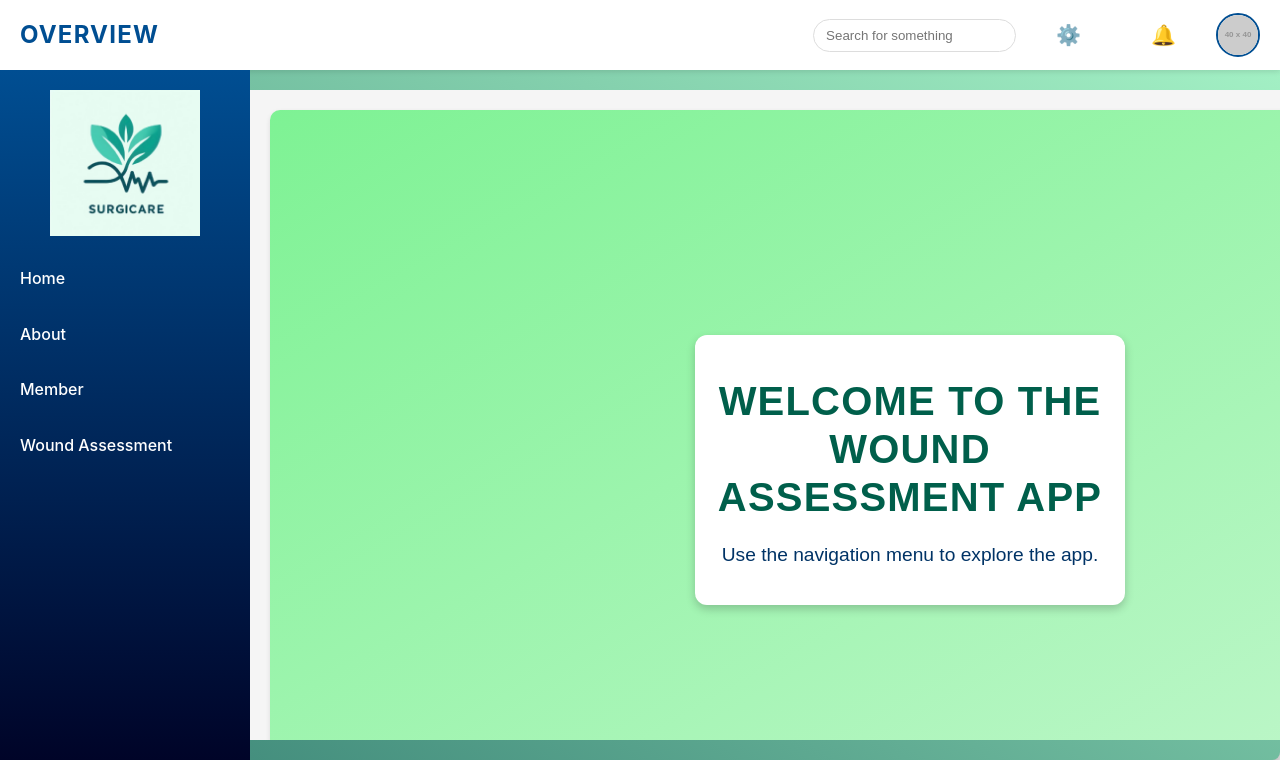
Repository: Jinwoo290350/Surgicare-Vue
Page: / (app in surgicare/)
These files come from the project's save history. The page is drawn as it stood at one moment and after the next save; the edit follows.
The browser window is 1280 px wide. The pictures show the whole page.
The project was rebuilt for these pictures with package versions that can differ from the ones it lists, and the page was loaded fresh each time. Also part of the build but not shown: surgicare/vite.config.js, surgicare/src/views/About.vue, surgicare/src/views/Member.vue, surgicare/src/components/WoundAssessment.vue.

Above is the page before, as saved 2024-12-30 20:44:11.
Console error: TypeError: Cannot read properties of null (reading 'getContext')

### surgicare/index.html
<!doctype html>
<html lang="en">
  <head>
    <meta charset="UTF-8" />
    <link rel="icon" type="image/svg+xml" href="/vite.svg" />
    <meta name="viewport" content="width=device-width, initial-scale=1.0" />
    <title>Vite + Vue</title>
  </head>
  <body>
    <div id="app"></div>
    <script type="module" src="/src/main.js"></script>
  </script>
  <link href="https://fonts.googleapis.com/css2?family=Roboto:wght@400;500;700&display=swap" rel="stylesheet">

  <script type="text/javascript" src="./src/star.js"></script>
  </body>
</html>

### surgicare/src/main.js
import { createApp } from 'vue'
import './style.css'
import App from './App.vue'
import router from "./router";

createApp(App).use(router).mount("#app");

### surgicare/src/style.css
:root {
  font-family: Inter, system-ui, Avenir, Helvetica, Arial, sans-serif;
  line-height: 1.6;
  font-weight: 400;
  color-scheme: light dark;
  color: rgba(255, 255, 255, 0.87);
  background-color: #242424;
  font-synthesis: none;
  text-rendering: optimizeLegibility;
  -webkit-font-smoothing: antialiased;
  -moz-osx-font-smoothing: grayscale;
}

a {
  font-weight: 500;
  text-decoration: none;
  transition: color 0.3s ease-in-out;
}
a:hover {
  color: #4ca6a8; /* ใช้โทนสีเขียวฟ้าแทน */
}

body {
  margin: 0;
  display: flex;
  flex-direction: column;
  align-items: center;
  justify-content: center;
  min-width: 320px;
  min-height: 100vh;
  padding: 20px;
  background-color: #1e3c34;
  background-image: linear-gradient(to top right, #3a8476, #a8f5c8);
  background-repeat: no-repeat;
  border-radius: 8px;
  box-shadow: 0 8px 16px rgba(0, 0, 0, 0.4);
}

h1 {
  font-size: 3em;
  line-height: 1.2;
  color: #fff;
  text-transform: uppercase;
  letter-spacing: 1.2px;
  margin-bottom: 1em;
  transition: transform 0.3s ease-in-out;
}
h1:hover {
  transform: scale(1.1); /* เพิ่มเอฟเฟกต์ Hover */
}

button {
  border-radius: 10px;
  border: 2px solid transparent;
  padding: 0.8em 1.5em;
  font-size: 1em;
  font-weight: 600;
  background-color: #2a3f3b;
  color: #fff;
  cursor: pointer;
  transition: all 0.3s ease-in-out;
}
button:hover {
  border-color: #50c4b7;
  background-color: #344d47;
  transform: translateY(-3px);
}
button:focus,
button:focus-visible {
  outline: 4px solid #50c4b7;
}

.card {
  padding: 2.5em;
  background-color: #2e3d3a;
  border-radius: 12px;
  box-shadow: 0 6px 15px rgba(0, 0, 0, 0.5);
  transition: transform 0.3s ease-in-out, box-shadow 0.3s ease-in-out;
}
.card:hover {
  transform: translateY(-10px);
  box-shadow: 0 12px 20px rgba(0, 0, 0, 0.6);
}

#app {
  height: 100vh;
  width: 100vw;
  margin: 0;
  padding: 0;
  overflow: hidden;
}

/* Media Queries for Responsiveness */
@media (max-width: 768px) {
  body {
    padding: 15px;
  }

  h1 {
    font-size: 2.5em;
  }

  button {
    padding: 0.7em 1.2em;
    font-size: 0.95em;
  }

  .card {
    padding: 2em;
  }

  #app {
    padding: 1.5rem;
  }
}

@media (max-width: 480px) {
  h1 {
    font-size: 2em;
  }

  button {
    padding: 0.5em 1em;
    font-size: 0.9em;
  }

  .card {
    padding: 1.5em;
  }
}

/* Light Mode Styles */
@media (prefers-color-scheme: light) {
  :root {
    color: #1f2d2a;
    background-color: #ffffff;
  }
  a:hover {
    color: #57bdb3; /* โทนเขียวฟ้าสว่าง */
  }
  button {
    background-color: #f5f5f5;
    color: #1f2d2a;
    border-color: #50c4b7;
  }
  .card {
    background-color: #f9f9f9;
    box-shadow: 0 4px 8px rgba(0, 0, 0, 0.1);
  }
}

### surgicare/src/App.vue
<template>
  <div id="app" class="app-container">
    <header class="header">
      <h1>Overview</h1>
      <div class="header-tools">
        <input type="text" placeholder="Search for something" class="search-box" />
        <button class="settings-btn">⚙️</button>
        <button class="notifications-btn">🔔</button>
        <img src="https://via.placeholder.com/40" alt="Profile" class="profile-pic" />
      </div>
    </header>

    <div class="content-wrapper">
      <aside class="sidebar">
        <img src="/Users/frank/Vscode/Vue/surgicare/public/Icon_surgicare.png" alt="Logo" class="logo" />
        <nav class="menu">
          <router-link to="/" class="menu-item">Home</router-link>
          <router-link to="/about" class="menu-item">About</router-link>
          <router-link to="/member" class="menu-item">Member</router-link>
          <router-link to="/wound-assessment" class="menu-item">Wound Assessment</router-link>
        </nav>
      </aside>

      <main class="main-content">
        <router-view class="router-view" />
      </main>
    </div>
  </div>
</template>

<script>
export default {
  name: "DashboardPage",
};
</script>

<style scoped>
/* General Styles */
body {
  margin: 0;
  font-family: 'Poppins', Arial, sans-serif;
  height: 100vh;
  overflow: hidden;
}

.app-container {
  display: flex;
  flex-direction: column;
  height: 100vh;
}

/* Header Styling */
.header {
  position: fixed;
  top: 0;
  left: 0;
  right: 0;
  height: 70px;
  background: white;
  display: flex;
  justify-content: space-between;
  align-items: center;
  padding: 0 20px;
  box-shadow: 0 2px 5px rgba(0, 0, 0, 0.1);
  z-index: 1000;
}

.header h1 {
  font-size: 24px;
  color: #004e92;
  margin: 0;
}

.header-tools {
  display: flex;
  align-items: center;
}

.search-box {
  padding: 8px 12px;
  border: 1px solid #ddd;
  border-radius: 25px;
  margin-right: 10px;
  outline: none;
  transition: box-shadow 0.3s;
}

.search-box:focus {
  box-shadow: 0 0 10px rgba(0, 78, 146, 0.5);
}

.settings-btn,
.notifications-btn {
  background: none;
  border: none;
  font-size: 20px;
  color: #555;
  margin-right: 10px;
  cursor: pointer;
}

.profile-pic {
  width: 40px;
  height: 40px;
  border-radius: 50%;
  border: 2px solid #004e92;
}

/* Content Wrapper */
.content-wrapper {
  display: flex;
  flex: 1;
  margin-top: 70px; /* Offset for the header */
}

/* Sidebar Styling */
.sidebar {
  width: 250px;
  background: linear-gradient(to bottom, #004e92, #000428);
  color: white;
  padding: 20px 0;
  display: flex;
  flex-direction: column;
  align-items: center;
  height: calc(100vh - 70px);
  position: fixed;
  left: 0;
  top: 70px; /* Below the header */
  z-index: 1000;
}

.logo {
  width: 100%;
  max-width: 150px;
  margin-bottom: 20px;
}

.menu {
  width: 100%;
}

.menu-item {
  display: block;
  text-decoration: none;
  color: white;
  font-size: 16px;
  padding: 10px 20px;
  margin-bottom: 10px;
  border-radius: 8px;
  transition: background 0.3s, transform 0.3s;
}

.menu-item:hover {
  background: rgba(255, 255, 255, 0.2);
  transform: scale(1.05);
}

/* Main Content */
.main-content {
  flex: 1;
  margin-left: 250px; /* Offset for the sidebar */
  padding: 20px;
  background: #f5f5f5;
  overflow-y: auto;
}

.router-view {
  border-radius: 10px;
  box-shadow: 0 2px 5px rgba(0, 0, 0, 0.1);
}
</style>

### surgicare/src/router/index.js
import { createRouter, createWebHistory } from "vue-router";

// Importing views and components
import Home from "../views/Home.vue";
import About from "../views/About.vue";
import Member from "../views/Member.vue";
import WoundAssessment from "../components/WoundAssessment.vue";

// Define the route configurations
const routes = [
  {
    path: "/",
    name: "Home",
    component: Home,
    meta: {
      title: "Home -  Surgicare",
    },
  },
  {
    path: "/about",
    name: "About",
    component: About,
    meta: {
      title: "About - Surgicare",
    },
  },
  {
    path: "/member",
    name: "Member",
    component: Member,
    meta: {
      title: "Member - Surgicare",
    },
  },
  {
    path: "/wound-assessment",
    name: "WoundAssessment",
    component: WoundAssessment,
    meta: {
      title: "Wound Assessment - Surgicare",
    },
  },
];

// Create the router instance
const router = createRouter({
  history: createWebHistory(),
  routes,
  scrollBehavior(to, from, savedPosition) {
    // Scroll to top on route change, unless saved position exists
    if (savedPosition) {
      return savedPosition;
    } else {
      return { top: 0 };
    }
  },
});

// Global navigation guard for dynamic document titles
router.beforeEach((to, from, next) => {
  document.title = to.meta.title || "Default App Title";
  next();
});

export default router;

### surgicare/src/views/Home.vue
<template>
  <div class="home">
    <div class="content">
      <h1 class="title">Welcome to the Wound Assessment App</h1>
      <p class="description">Use the navigation menu to explore the app.</p>
    </div>
  </div>
</template>

<script>
export default {
  name: "Home",
};
</script>

<style scoped>
.home {
  display: flex;
  justify-content: center;
  align-items: center;
  height: 100vh; /* ใช้เต็มความสูงของ viewport */
  width: 100vw; /* ใช้เต็มความกว้างของ viewport */
  margin: 0;
  padding: 0;
  background: linear-gradient(to bottom right, #7ef294, #c6f7d0); /* Gradient สวยๆ */
  font-family: 'Arial', sans-serif;
  text-align: center;
  box-sizing: border-box;
  overflow: hidden; /* ซ่อน scrollbar */
}

.content {
  max-width: 400px; /* ลดขนาดความกว้างสูงสุดของกล่องข้อความ */
  padding: 15px; /* ลดระยะ padding รอบเนื้อหา */
  background: #ffffff;
  border-radius: 12px; /* Rounded corners */
  box-shadow: 0 4px 10px rgba(0, 0, 0, 0.2); /* Subtle shadow */
}

.title {
  font-size: 2.5rem;
  font-weight: bold;
  color: #005f4b;
  margin-bottom: 15px;
}

.description {
  font-size: 1.2rem;
  color: #003366;
  font-weight: 300;
}

html, body {
  margin: 0;
  padding: 0;
  height: 100%; /* เต็มหน้าจอ */
  width: 100%; /* เต็มหน้าจอแนวกว้าง */
  overflow: hidden; /* ปิดการเลื่อน */
  box-sizing: border-box;
}
</style>

### surgicare/src/star.js
const canvas = document.querySelector('canvas')
const c = canvas.getContext('2d')

canvas.width = innerWidth
canvas.height = innerHeight

window.addEventListener("resize", function() {
    canvas.width = window.innerWidth;
    canvas.height = window.innerHeight;
    init()
})
function Star(x, y, radius, color) {
    this.x = x
    this.y = y
    this.radius = radius
    this.color = color
    this.velocity = {
        x: (Math.random() - 0.5) * 8,
        y: 3
    }
    this.friction = 0.8
    this.gravity = 1
}

Star.prototype.draw = function() {
    c.save()
    c.beginPath()
    c.arc(this.x, this.y, this.radius, 0, Math.PI * 2, false)
    c.fillStyle = this.color
    c.shadowColor = '#E3EAEF'
    c.shadowBlur = 20
    c.fill()
    c.closePath()
    c.restore()
}

Star.prototype.update = function() {
    this.draw()

    //When ball hits bottom of screen
    if(this.y + this.radius + this.velocity.y > canvas.height - groundHeight){
        this.velocity.y = -this.velocity.y * this.friction
        this.shatter()
    }
    else{
        this.velocity.y += this.gravity
    }

    //Hits side of screen
    if(this.x + this.radius + this.velocity.x > canvas.width || this.x - this.radius <= 0){
        this.velocity.x = -this.velocity.x * this.friction
        this.shatter()
    }

    this.x += this.velocity.x
    this.y += this.velocity.y

}

Star.prototype.shatter = function(){
    this.radius -= 3
    for(let i = 0; i < 8; i++){
        miniStars.push(new MiniStar(this.x, this.y, 2))
    }

}

function MiniStar(x, y, radius, color){
    Star.call(this, x, y, radius, color)
    this.velocity = {
        x: (Math.random() - 0.5) * 10,
        y: (Math.random() - 0.5) * 30
    }
    this.friction = 0.8
    this.gravity = 0.1
    this.ttl = 100
    this.opacity = 1
}

MiniStar.prototype.draw = function() {
    c.save()
    c.beginPath()
    c.arc(this.x, this.y, this.radius, 0, Math.PI * 2, false)
    c.fillStyle = `rgba(227,234, 239, ${this.opacity})`
    c.shadowColor = '#E3EAEF'
    c.shadowBlur = 20
    c.fill()
    c.closePath()
    c.restore()
}

MiniStar.prototype.update = function() {
    this.draw()

    if(this.y + this.radius + this.velocity.y > canvas.height - groundHeight){
        this.velocity.y = -this.velocity.y * this.friction
    }
    else{
        this.velocity.y += this.gravity
    }

    this.x += this.velocity.x
    this.y += this.velocity.y
    this.ttl -= 1
    this.opacity -= 0.0001 * this.ttl
}

function creatMountainRange(mountainAmount, height, color){
    for(let i = 0; i < mountainAmount; i++){
        const mountainWidth = canvas.width / mountainAmount
        c.beginPath()
        c.moveTo(i * mountainWidth, canvas.height)
        c.lineTo(i * mountainWidth + mountainWidth + 0.2*canvas.height, canvas.height)
        c.lineTo(i * mountainWidth + mountainWidth / 2, canvas.height - height)
        c.lineTo(i * mountainWidth - 0.2*canvas.height, canvas.height)
        c.fillStyle = color
        c.fill()
        c.closePath()
    }
}

// Implementation
const backgroundGradient = c.createLinearGradient(0, 0, canvas.width, canvas.height)
backgroundGradient.addColorStop(0, '#171e26')
backgroundGradient.addColorStop(1, '#3f586b')

let stars
let miniStars
let backgroundStars
let ticker = 0
let randomSpawnRate = 75
const groundHeight = 0.09 * canvas.height
let inf = 1e9
function init() {
    stars = []
    miniStars = []
    backgroundStars = []

    for(let i = 0; i < 200; i++){
        const x = Math.random() * canvas.width
        const y = Math.random() * canvas.height
        const radius = Math.random() * 3
        backgroundStars.push(new Star(x, y, radius, 'white'))
    }
}

// Animation Loop
function animate() {
    c.clearRect(0, 0, 0, canvas.height)
    c.fillStyle = backgroundGradient
    c.fillRect(0, 0, canvas.width, canvas.height)

    backgroundStars.forEach(backgroundStar => {
        backgroundStar.draw()
    })

    if(flag) creatMountainRange(1, canvas.height * 0.7, '#384551')
    if(flag) creatMountainRange(2, canvas.height * 0.6, '#2B3843')
    if(flag) creatMountainRange(3, canvas.height * 0.4, '#26333E')
    c.fillStyle = '#182028'
    c.fillRect(0, canvas.height - groundHeight, canvas.width, groundHeight)
    stars.forEach((star, index) => {
        star.update();
        if(star.radius == 0){
            stars.splice(index, 1)
        }
    });

    miniStars.forEach((miniStar, index) => {
        miniStar.update();
        if(miniStar.ttl == 0){
            miniStars.splice(index, 1)
        }
    });

    ticker++
    if(ticker >= inf){
        ticker = 0
    }
    if(ticker % randomSpawnRate == 0){
        const radius = 9
        const x = Math.max(radius, Math.random() * canvas.width - radius)
        stars.push(new Star(x, -100, 9, '#E3EAEF'))
        randomSpawnRate = Math.floor(Math.random() * (200 - 125 + 1) + 125)
    }

    requestAnimationFrame(animate)
}

init()
animate()

After the next save:
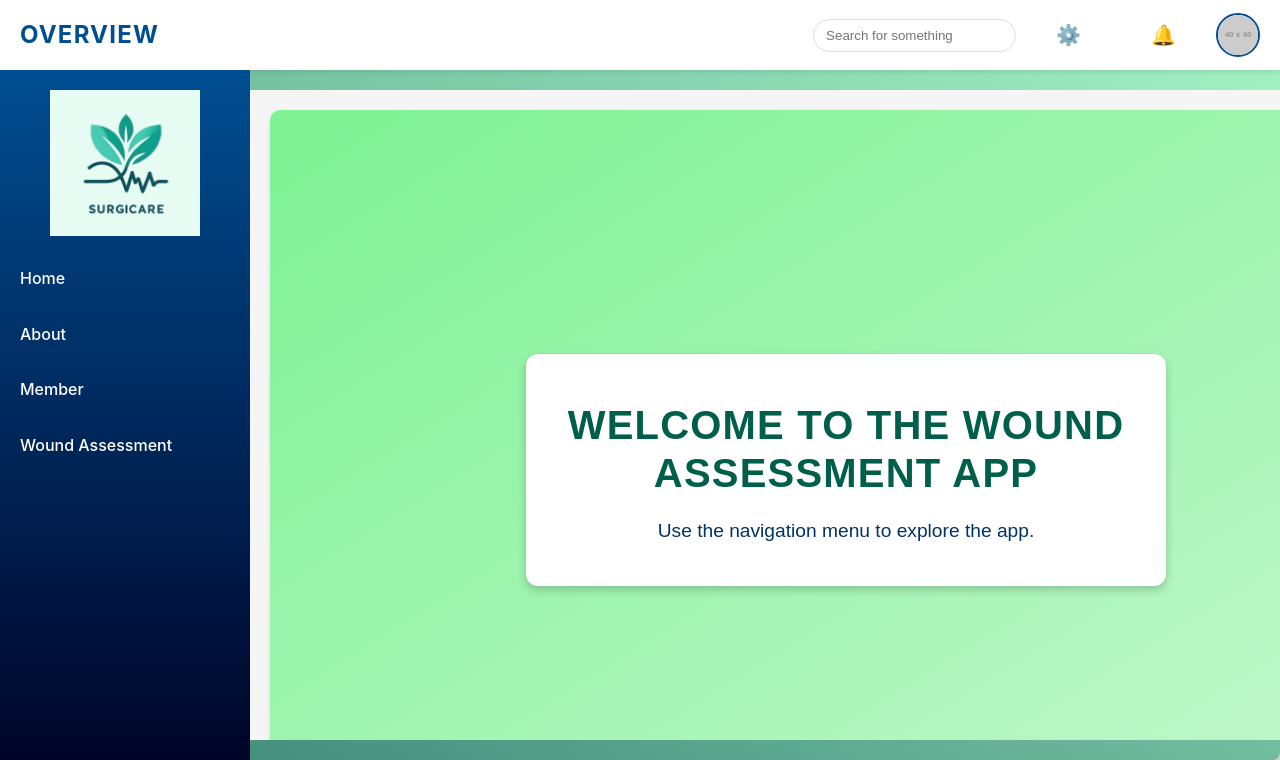
Saved 51 s later.
--- a/surgicare/src/views/Home.vue
+++ b/surgicare/src/views/Home.vue
@@ -19,8 +19,8 @@ export default {
   justify-content: center;
   align-items: center;
   height: 100vh; /* ใช้เต็มความสูงของ viewport */
-  width: 100vw; /* ใช้เต็มความกว้างของ viewport */
-  margin: 0;
+  width: 90vw; /* ลดความกว้างของ container รวมถึงขอบด้านซ้ายและขวา */
+  margin: 0 auto; /* Center horizontally */
   padding: 0;
   background: linear-gradient(to bottom right, #7ef294, #c6f7d0); /* Gradient สวยๆ */
   font-family: 'Arial', sans-serif;
@@ -30,8 +30,8 @@ export default {
 }
 
 .content {
-  max-width: 400px; /* ลดขนาดความกว้างสูงสุดของกล่องข้อความ */
-  padding: 15px; /* ลดระยะ padding รอบเนื้อหา */
+  max-width: 600px; /* ขนาดสูงสุดของกล่องข้อความ */
+  padding: 20px;
   background: #ffffff;
   border-radius: 12px; /* Rounded corners */
   box-shadow: 0 4px 10px rgba(0, 0, 0, 0.2); /* Subtle shadow */
